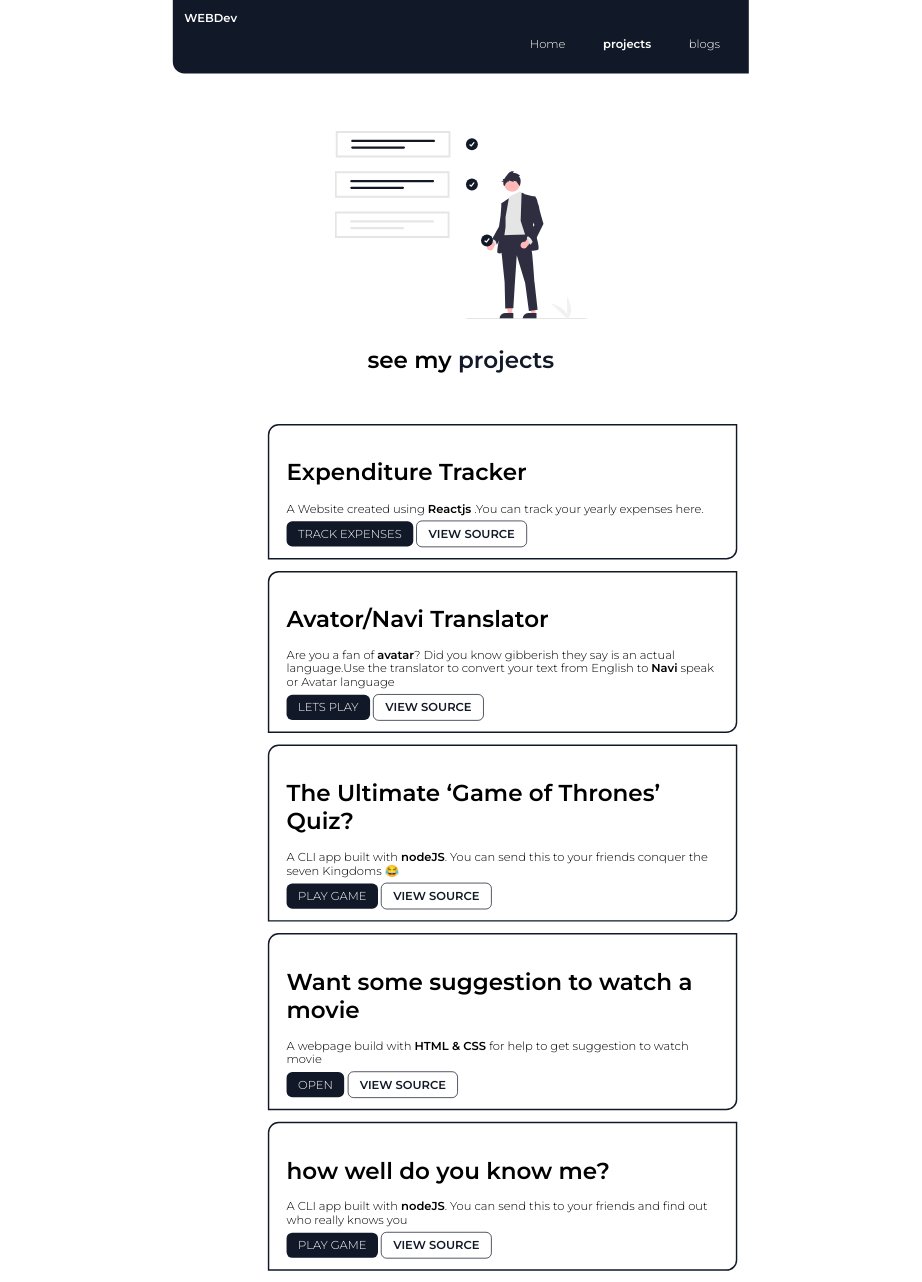
Repository: sohan2503001/Portfolio
Page: projects.html
An editor plug-in stored every save of this project. The page is shown before and after the next save, followed by the edit.
The browser window is 1280 px wide. The pictures show the whole page, at 72% of full size.

Above is the page before, as saved 2021-05-11 18:23:14.

### projects.html
<!DOCTYPE html>
<html lang="en">

<head>
  <meta charset="UTF-8" />
  <meta name="viewport" content="width=device-width, initial-scale=1.0" />
  <title>Projects | Sohan</title>
  <link rel="stylesheet" href="style.css" />
  <link rel="icon" href="images/favicon.svg" sizes="any" type="image/svg+xml">
</head>

<body>
  <nav class="navigation container">
    <div class="nav-brand">WEBDev</div>
    <ul class="list-non-bullet nav-pills">
      <li class="list-item-inline">
        <a class="link" href="/">Home</a>
      </li>
      <li class="list-item-inline">
        <a class="link link-active" href="projects.html">projects</a>
      </li>
      <li class="list-item-inline">
        <a class="link" href="blogs.html">blogs</a>
      </li>
    </ul>
  </nav>

  <header class="hero">
    <img class="hero-img" src="images/pro.svg" alt="" />
    <h1 class="hero-heading">
      see my<span class="heading-inverted"> projects</span>
    </h1>
  </header>


  <ol class="list list-non-bullet">


    <div class="container container-center box-contain">
      <li>
        <h1>Expenditure Tracker</h1>
        <p>
          A Website created using <strong>Reactjs</strong> .You can track your yearly expenses here.
        </p>

        <div class="">
          <a class="link link-primary" href="https://expenditure-tracker.netlify.app/"
          target="_blank">TRACK EXPENSES</a>
        <a class="link link-secondary" href="https://github.com/sohan2503001/Expenditure-Tracker" target="_blank">VIEW
          SOURCE</a>
        </div>
      </li>
    </div>


    <div class="container container-center box-contain">
      <li>
        <h1>Avator/Navi Translator </h1>
        <p>
          Are you a fan of <strong>avatar</strong>? Did you know gibberish they say is an actual
          language.Use the translator to convert your text from English to <strong>Navi</strong>
          speak or Avatar language
        </p>

        <div>
          <a class="link link-primary" href="https://avator-speak.netlify.app/"
          target="_blank">LETS PLAY</a>
        <a class="link link-secondary" href="https://github.com/sohan2503001/Avator-speak" target="_blank">VIEW
          SOURCE</a>
        </div>
      </li>
    </div>


    <div class="container container-center box-contain">
      <li>
        <h1>The Ultimate ‘Game of Thrones’ Quiz?</h1>
        <p>
          A CLI app built with <strong>nodeJS</strong>. You can send this to
          your friends conquer the seven Kingdoms 😂
        </p>

        <a class="link link-primary" href="https://replit.com/@Sohan250301/GameofThronesQuiz?embed=1&output=1#index.js"
          target="_blank">PLAY GAME</a>
        <a class="link link-secondary" href="https://github.com/sohan2503001/GOTQuiz" target="_blank">VIEW SOURCE</a>
      </li>
    </div>


    <div class="container container-center box-contain">
      <li>
        <h1>Want some suggestion to watch a movie</h1>
        <p>
          A webpage build with <strong>HTML & CSS </strong> for help to get suggestion to watch movie
        </p>

        <a class="link link-primary" href="https://moviesreview.netlify.app/" target="_blank">OPEN</a>
        <a class="link link-secondary" href="https://github.com/sohan2503001/MovieSuggestion" target="_blank">VIEW
          SOURCE</a>
      </li>
    </div>


    <div class="container container-center box-contain">
      <li>
        <h1>how well do you know me?</h1>
        <p>
          A CLI app built with <strong>nodeJS</strong>. You can send this to
          your friends and find out who really knows you
        </p>

        <a class="link link-primary" href="https://replit.com/@Sohan250301/How-much-you-know-me?embed=1&output=1"
          target="_blank">PLAY GAME</a>
        <a class="link link-secondary" href="https://github.com/sohan2503001/Quiz1" target="_blank">VIEW SOURCE</a>
      </li>
    </div>


  </ol>
  <script src="code.js"></script>
</body>

</html>

### style.css
@import url('https://fonts.googleapis.com/css2?family=Montserrat:wght@300;600&display=swap');

:root{
    --primary-color: #111827;
    --dark-gray: #4B5563;
    --off-white: #D1D5DB;
}

body {
    font-family: 'Montserrat', sans-serif;
    margin: auto;
    max-width: 800px;
    width: 100%;
}

hr{
    margin: 2rem 0rem;
}

/** container **/
.container{
    padding: 0rem 1rem;
}

.container-center{
    max-width: 600px;
    margin: auto;
}

/** links **/
.link{
    text-decoration: none;
    padding: 0.5rem 1rem;
    /*margin: 1rem 0rem 1rem 0rem;*/
}

.link-primary{
    background-color: var(--primary-color);
    border-radius: 0.5rem;
    color:white;
}

.link-secondary{
    color: var(--primary-color);
    border-radius: 0.5rem;
    border: 1px solid var(--primary-color);
    font-weight: bold;
}

/** lists **/

.list-non-bullet{
    list-style: none;
}

.list-item-inline{
    display: inline;
    padding: 0rem 0.5rem;
}

/** navigation **/

.navigation{
    background-color: var(--primary-color);
    color: white;
    padding: 1rem;
    border-bottom-left-radius: 1rem;
}

.navigation .nav-brand{
    font-weight: bold;
}

.navigation .nav-pills{
    text-align: right;
}

.navigation .link{
    color: white;
}

.navigation .link-active{
    font-weight: bold;
}

/**header **/

.hero{
    padding: 2rem;
    padding-top: 5rem;
}

.hero .hero-img{
    max-width: 350px;
    display: block;
    margin: auto;
}

.hero .hero-heading{
    padding-top: 1rem;
    color: var(--dark-red);
    text-align: center;
}

.hero .hero-heading .heading-inverted{
    color: var(--primary-color)
}

/** section **/
.section{
    padding: 1rem;
    border-radius: 15px;
    margin: 2rem;
}

.section h1{
    text-align: center;
    font-weight: bolder;
}

.ow {
    background-color: var(--off-white);
}

.section p{
    font-weight: bold;
}

/**footer **/

.footer{
    background-color: var(--primary-color);
    padding: 1rem;
    text-align: center;
    color: white;
    border-top-right-radius: 1rem;
}

.footer .link{
    color: white;
}

.footer .footer-header{
    font-weight: bold;
    font-size: large;
}

.footer ul{
    padding-inline-start: 0px;
}

/**Projects**/
.box-contain{
    border: 2px solid var(--primary-color);
    padding: 1.5rem;
    border-top-left-radius: 15px;
    border-bottom-right-radius: 15px;
    margin: auto;
    margin-top: 1rem;
    margin-right: 1rem;
}

### code.js
function myFunction() {
    var element = document.body;
    element.classList.toggle("dark-mode");
}

After the next save:
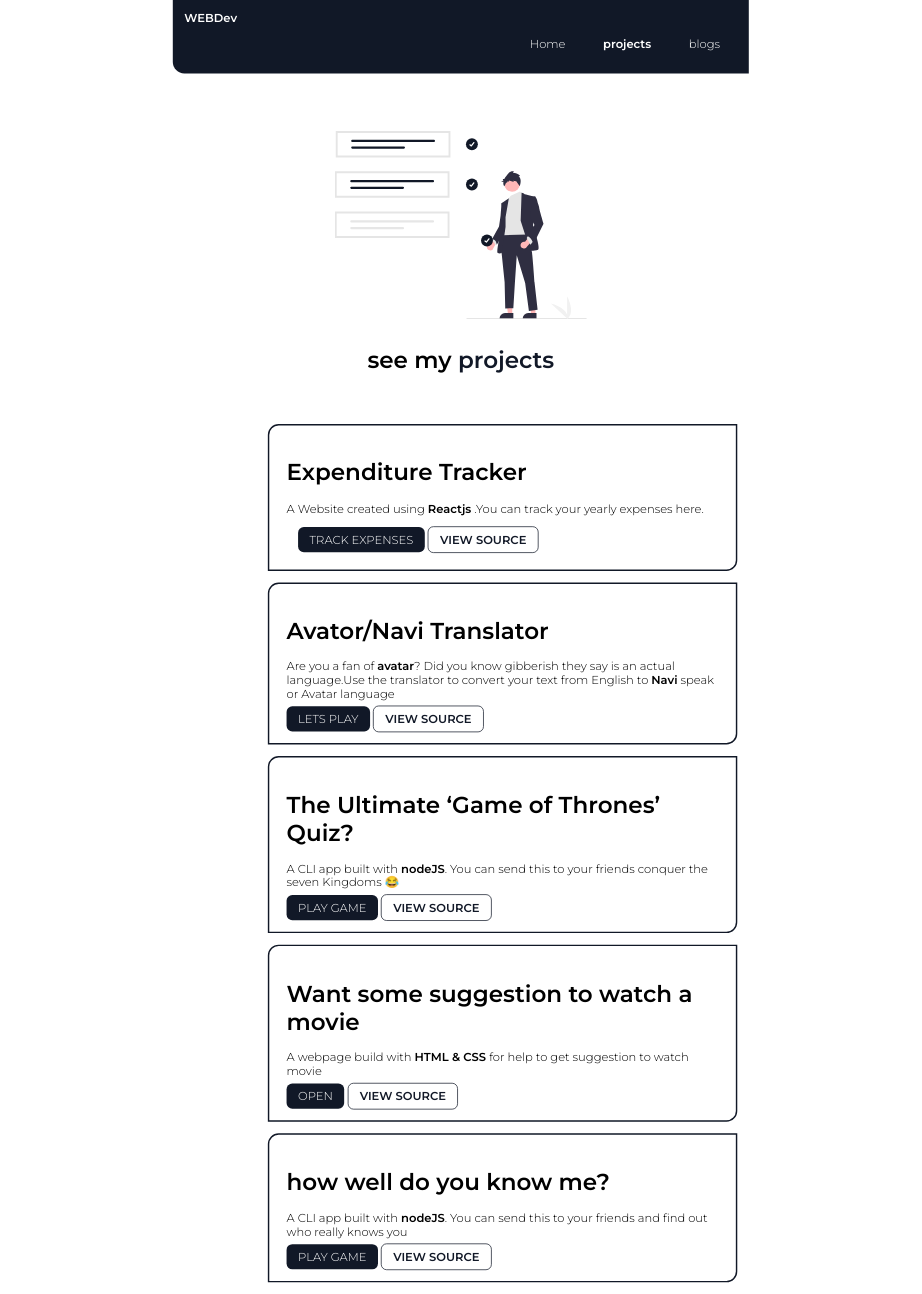
Saved 5 s later.
--- a/projects.html
+++ b/projects.html
@@ -43,7 +43,7 @@
           A Website created using <strong>Reactjs</strong> .You can track your yearly expenses here.
         </p>
 
-        <div class="">
+        <div class="link">
           <a class="link link-primary" href="https://expenditure-tracker.netlify.app/"
           target="_blank">TRACK EXPENSES</a>
         <a class="link link-secondary" href="https://github.com/sohan2503001/Expenditure-Tracker" target="_blank">VIEW

After the save that followed:
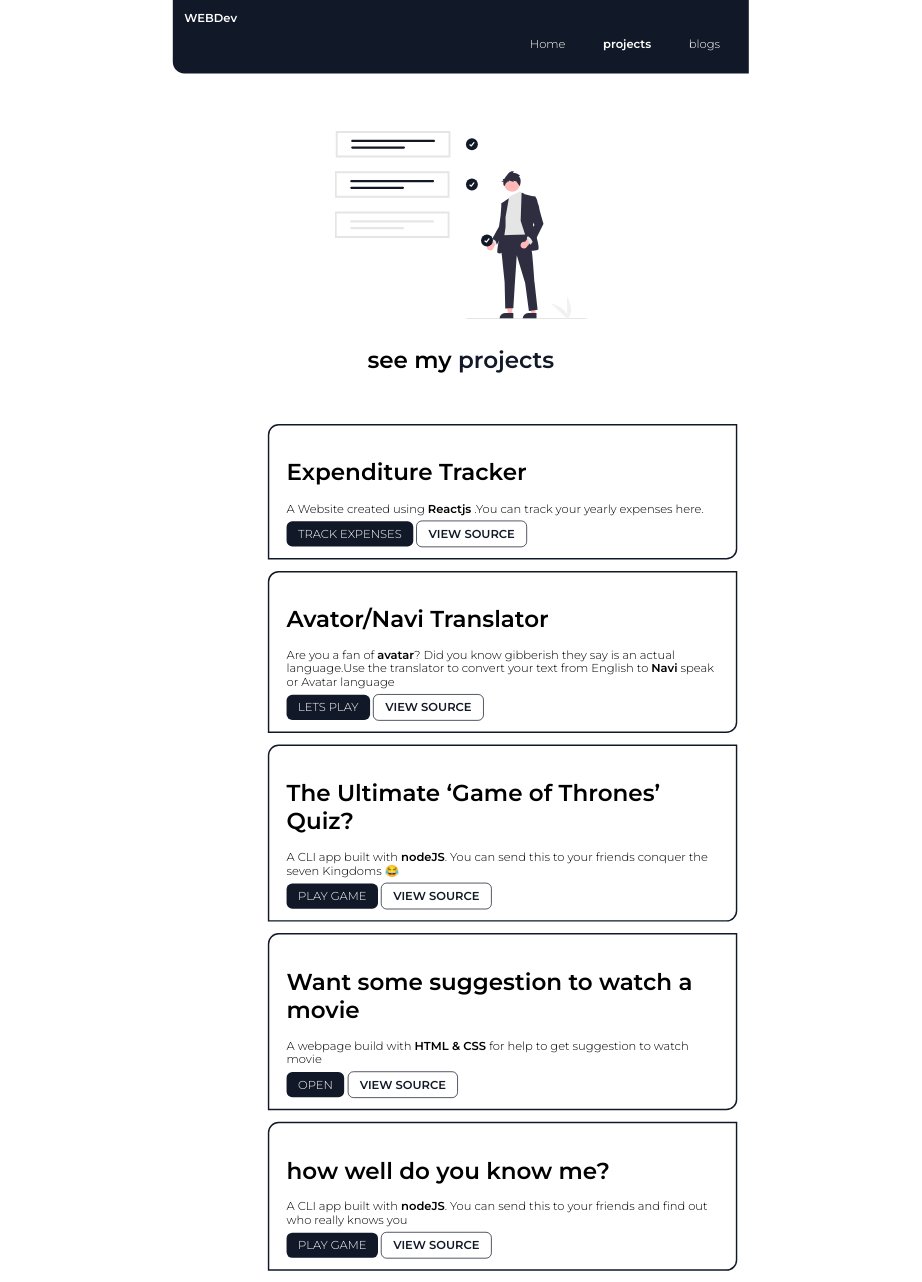
Saved 6 s later.
--- a/projects.html
+++ b/projects.html
@@ -43,7 +43,7 @@
           A Website created using <strong>Reactjs</strong> .You can track your yearly expenses here.
         </p>
 
-        <div class="link">
+        <div class="link-button">
           <a class="link link-primary" href="https://expenditure-tracker.netlify.app/"
           target="_blank">TRACK EXPENSES</a>
         <a class="link link-secondary" href="https://github.com/sohan2503001/Expenditure-Tracker" target="_blank">VIEW
